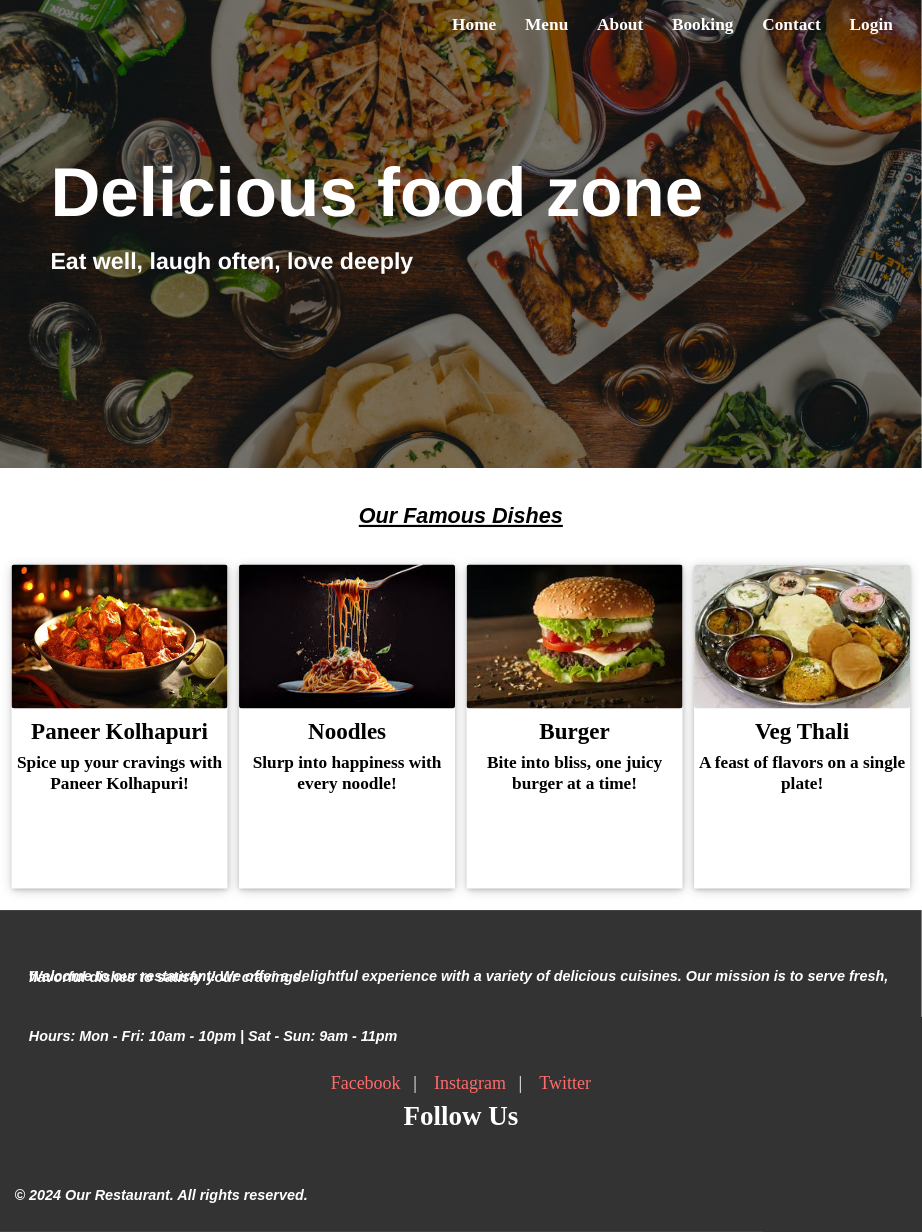
Repository: Shreya-Bonde/Restaurant-management-system
Page: index.html
These files come from the project's save history. The page is drawn as it stood at one moment and after a run of saves; the edit follows.
The browser window is 1280 px wide. The pictures show the whole page, at 72% of full size.

Above is the page before, as saved 2024-10-10 14:56:30.

### index.html
<!DOCTYPE html>
<html lang="en">
<head>
    <meta charset="UTF-8">
    <meta name="viewport" content="width=device-width, initial-scale=1.0">
    <title>Document</title>
    <link rel="stylesheet" href="style.css">
</head>
<body>
    <header>
        <div class="banner-container">
                <nav class="navbar">
                    <ul>
                        <li><a href="#home">Home</a></li>
                        <li><a href="#menu">Menu</a></li>
                        <li><a href="/about.html">About</a></li>
                        <li><a href="/booking.html">Booking</a></li>
                        <li><a href="/contact.html">Contact</a></li>
                        <li><a href="/login.html">Login</a></li>
                    </ul>
                </nav>
                <div class="centered-text">
                    <h1>Delicious food zone</h1>
                    <h6>Eat well, laugh often, love deeply</h6>
                </div>
         </div>
    </header>
        <p>Our Famous Dishes</p>
        <div class="Flex">
            <div class="flex-item fitem1">
                <img src="paneer kolhapuri.jpg" alt="">
                <h1>Paneer Kolhapuri</h1>
                <h2>Spice up your cravings with Paneer Kolhapuri!</h2>
            </div>
            <div class="flex-item fitem2">
                <img src="noodles1.jpg" alt="">
                <h1>Noodles</h1>
                <h2>Slurp into happiness with every noodle!</h2>
            </div>
            <div class="flex-item fitem3">
                <img src="burger.jpg" alt="">
                <h1>Burger</h1>
                <h2>Bite into bliss, one juicy burger at a time!</h2>
            </div>
            <div class="flex-item fitem4">
                <img src="veg thali.jpg" alt="">
                <h1>Veg Thali</h1>
                <h2>A feast of flavors on a single plate!</h2>
            </div>
        </div>

    <footer>
        <div>
            <div class="footer-section">
                <p>
                    Welcome to our restaurant! We offer a delightful experience with a variety of delicious cuisines.
                    Our mission is to serve fresh, flavorful dishes to satisfy your cravings.
                </p>
                <p>Hours: Mon - Fri: 10am - 10pm | Sat - Sun: 9am - 11pm</p>
            </div>


            <div class="social-media">
                <div class="sm-handle">
                    <a href="#" target="_blank" class="yt_handle"
                     rel="noopener noreferrer"> <i class="fa fa-youtube fa-lg yt_handle"></i>Facebook</a>&nbsp;&nbsp;|&nbsp;&nbsp;
                    <a href="#" target="_blank" class="linkedin_handle"
                    rel="noopener noreferrer"> <i class="fa fa-linkedin fa-lg linkedin_handle"></i>Instagram</a>&nbsp;&nbsp;|&nbsp;&nbsp;
                    <a href="#" target="_blank" class="insta_handle"
                    rel="noopener noreferrer"> <i class="fa fa-instagram fa-lg insta_handle"></i>Twitter</a>

                    <div class="footer-content social">
                        <h2>Follow Us</h2>
                        <div class="social-icons">
                          <a href="#"><i class="fab fa-facebook"></i></a>
                          <a href="#"><i class="fab fa-twitter"></i></a>
                          <a href="#"><i class="fab fa-instagram"></i></a>
                          <a href="#"><i class="fab fa-tripadvisor"></i></a>
                        </div>
                      </div>
                    <p class="footer-botton">&copy; 2024 Our Restaurant. All rights reserved.</p>


            </div>
        </div>
    </footer>
</body>
</html>

### style.css
* {
    box-sizing: border-box;
    margin: 0;
    padding: 0;
}
.banner-container {
    background-image: url(background1.jpg);
    background-repeat: no-repeat;
    background-size: cover;
    position: relative;
    width: 100%;
    height: 650px;
}
.navbar {
    position: absolute;
    top: 0;
    right: 0;
    padding: 20px;
}
.centered-text {
    position: absolute;
    top: 30%;
    left: 70px;
    color: white;
    line-height: 1.5;
    font-weight: bold;
    font-size: 3rem;
    font-family: 'Franklin Gothic Medium', 'Arial Narrow', Arial, sans-serif;
}
h6 {
    justify-content: center;
    margin-bottom: 20px;
}
nav ul {
    list-style-type: none;
    margin: 0;
    padding: 0;
    display: flex;
    justify-content: right;
    font-size: 1.5rem;
}
nav ul li {
    margin: 0 20px;
}
nav ul li a {
    color: white;
    text-decoration: none;
    font-weight: bold;
}
nav ul li a:hover {
    text-decoration: underline;
}
.Flex {
    width: 100%;
    display: flex;
    flex-wrap: wrap;
    box-sizing: gray;
    align-items: center;
    justify-content: space-evenly;
}
.flex-item {
    box-shadow: 0 2px 6px 0 rgba(0,0,0,0.2), 0 4px 16px 0 rgba(0,0,0,0.2);
    margin: 0;
    padding: 0;
}
.flex-item img {
 width: 100%;
 object-fit: fill;
}
.flex-item {
    margin-top: 20px;
    margin-bottom: 30px;
    display: inline-block;
    background-color: white;
    width: 300px;
    height: 450px;
    text-align: center;
}
.flex-item:hover {
    transform: scale(1.05);
}
img {
    width: 100%;
    height: 200px;
    object-fit: fill;
    border-radius: 4px;
}
p {
    text-align: center;
    font-size: 30px;
    font-weight: bold;
    font-style: oblique;
    font-family: Arial, Helvetica, sans-serif;
    padding: 50px 20px 30px;
    text-decoration: underline;
}
.flex-item h2 {
    line-height: 1.2;
}
.flex-item h1 {
    padding-top: 10px;
    padding-bottom: 10px;
}
footer {
    text-align: center;
    padding: 20px 0;
    background-color: #333;
    color: #fff;
    width: 100%;
    font-size: 25px;
}
.footer-content {
    padding: 10px 0;
}
.footer-content a:hover {
    text-decoration: underline;
}
.footer-section {

    min-width: 250px;
    margin: 20px;
}
.footer-section h2 {

    font-size: 18px;
}
footer p {
    text-decoration: none;
    text-align: left;
    line-height: 2px;
    font-size: 20px;
}

.social-media {
    color: white;
    margin-top: 10px;
}
footer a {
    color: #ff6b6b;
    text-decoration: none;
    margin: 0 5px;
}
footer a:hover {
    text-decoration: underline;
}

After the next 2 saves:
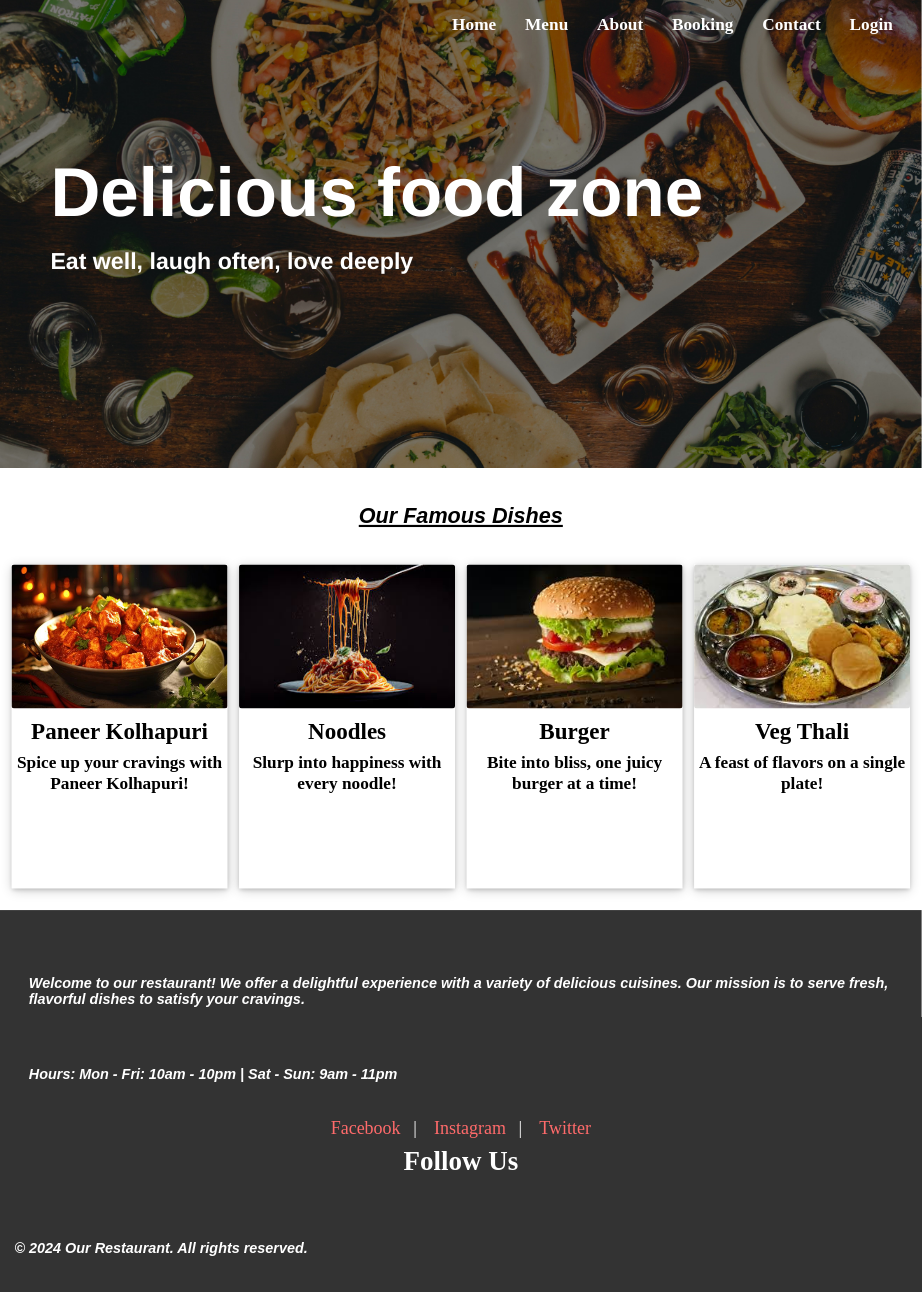
The 2 saves are shown as one change because they came seconds apart.
The last was saved 6 s later.
--- a/style.css
+++ b/style.css
@@ -127,7 +127,6 @@ footer {
 footer p {
     text-decoration: none;
     text-align: left;
-    line-height: 2px;
     font-size: 20px;
 }
 
